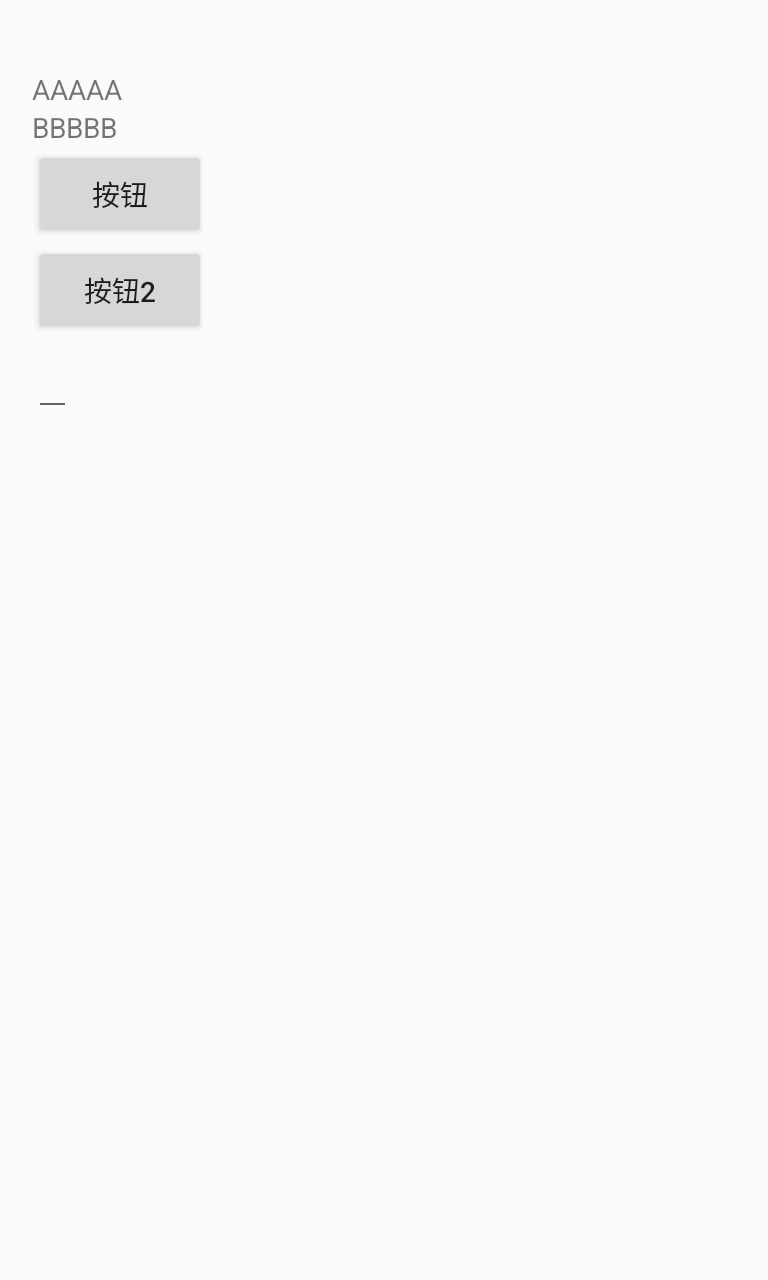
Repository: zzznn/Android_and_java
Layout: work/Day0202/res/layout/activity_main.xml
The author's editor kept a copy of each file at every save. The layout is drawn from the files as they stood at one save, then again after the next save.
It is drawn on a 768 x 1280 px phone screen (xhdpi) without system bars, with theme AppTheme; the app's code is not run.

Above is the layout before, as saved 2018-01-03 08:16:58.

### work/Day0202/res/layout/activity_main.xml
<LinearLayout xmlns:android="http://schemas.android.com/apk/res/android"
    xmlns:tools="http://schemas.android.com/tools"
    android:layout_width="match_parent"
    android:layout_height="match_parent"
    android:paddingBottom="@dimen/activity_vertical_margin"
    android:paddingLeft="@dimen/activity_horizontal_margin"
    android:paddingRight="@dimen/activity_horizontal_margin"
    android:paddingTop="@dimen/activity_vertical_margin"
    android:orientation="vertical"
    tools:context="com.Kevin.day0202.MainActivity" >

    <TextView
        android:id="@+id/tv"
        android:layout_width="wrap_content"
        android:layout_height="wrap_content"/>
    <TextView
        android:id="@+id/tv_sec"
        android:layout_width="wrap_content"
        android:layout_height="wrap_content"
        android:text="AAAAA"/>


    <TextView
        android:id="@+id/tv_th"
        android:layout_width="wrap_content"
        android:layout_height="wrap_content"
        android:text="BBBBB"/>


    <Button
        android:id="@+id/btn"
        android:layout_width="wrap_content"
        android:layout_height="wrap_content"
        android:text="按钮"
        />

    <Button
        android:id="@+id/btn_sec"
        android:layout_width="wrap_content"
        android:layout_height="wrap_content"
        android:text="按钮2"
        />

    <EditText
        android:layout_width="wrap_content"
        android:layout_height="wrap_content"
        />

</LinearLayout>

Loaded but not shown: work/Day0202/res/values/styles.xml (common file); work/Day0202/res/values-v11/styles.xml (common file); work/Day0202/res/values-v14/styles.xml (common file); work/Day0202/res/values/dimens.xml (common file); work/Day0202/res/values-w820dp/dimens.xml (common file)

After the next save:
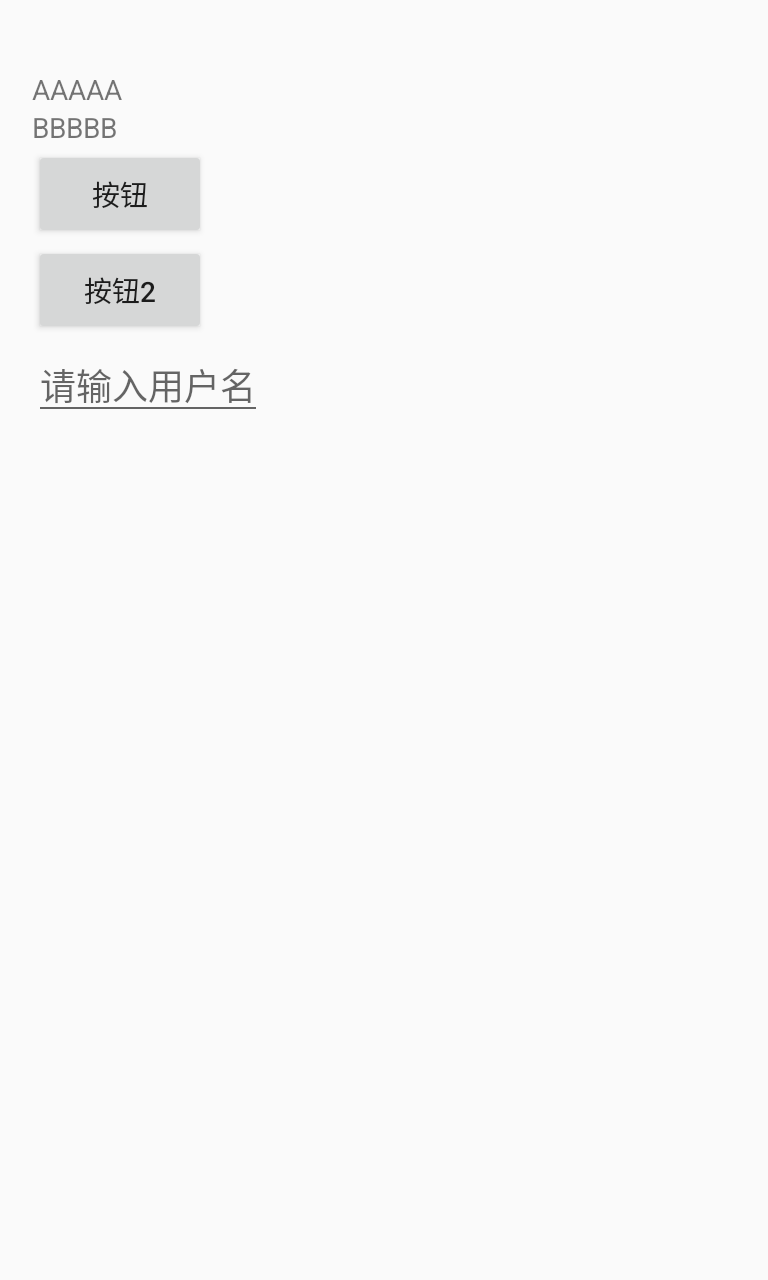
Saved 15 s later.
--- a/work/Day0202/res/layout/activity_main.xml
+++ b/work/Day0202/res/layout/activity_main.xml
@@ -44,6 +44,7 @@
     <EditText
         android:layout_width="wrap_content"
         android:layout_height="wrap_content"
+        android:hint="请输入用户名"
         />
 
 </LinearLayout>
